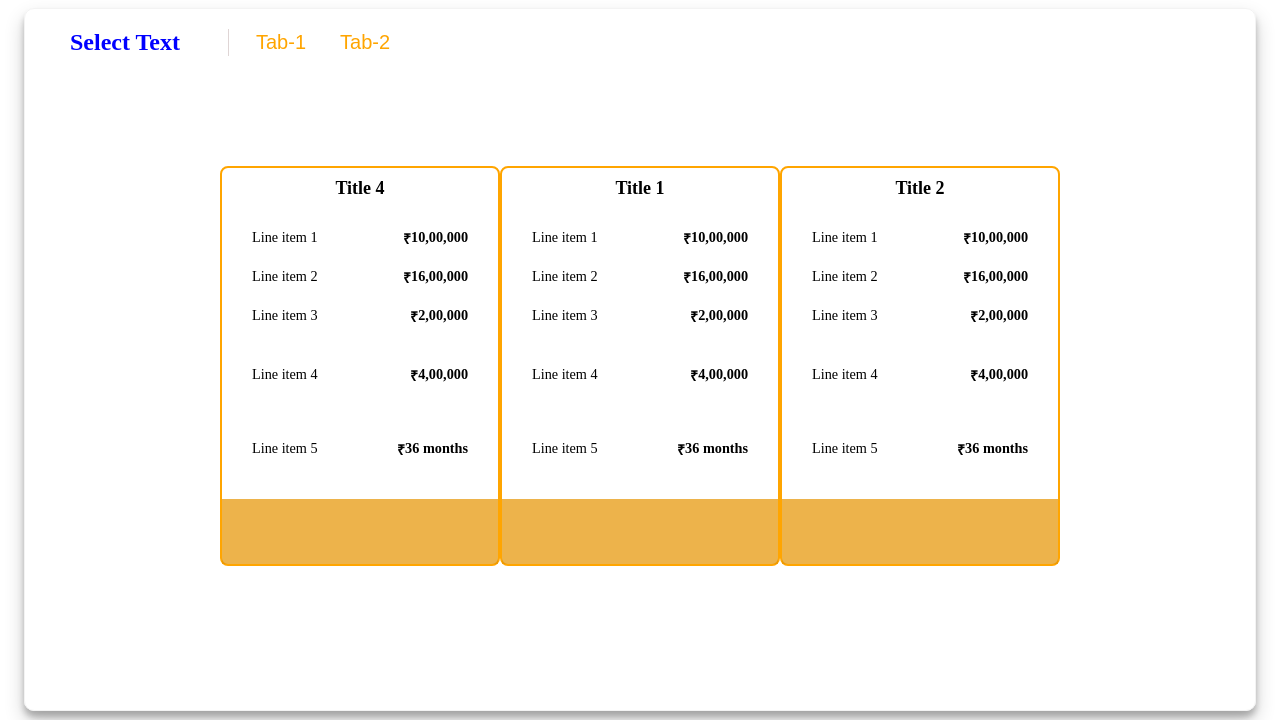
Repository: Adityanarayan-tiwari/Cardbox
Page: index.html
The author's editor kept a copy of each file at every save. The page is drawn from the files as they stood at one save, then again after a run of saves.
The browser window is 1280 px wide. The pictures show the whole page.

Above is the page before, as saved 2020-07-25 13:45:37.

### index.html
<!DOCTYPE html>
<html lang="en">
<head>
    <meta charset="UTF-8">
    <meta name="viewport" content="width=device-width, initial-scale=1.0">
    <title>CardBox</title>
    <link rel="stylesheet" href="./index.css">
</head>
<body>




    <!-- Page Wrapper -->
    <div class="page-wrapper">
        <div class="page-heading">
            <h2>Select Text</h2>
            <button class="prev">Tab-1</button>
            <button class="next">Tab-2</button>
        </div>

        <!-- Card Slider -->
        <div class="card-slider">

            <!--  Card Wrapper -->
                <div class="card-wrapper">
                    <div class="card">
                        <h3>Title 1</h3>
                    <div class="card-content">
                        <ul>
                            <li>Line item 1</li>
                            <li><span>&#8377</span>10,00,000</li>
                        </ul>
                        <ul>
                            <li>Line item 2</li>
                            <li><span>&#8377</span>16,00,000</li>
                        </ul>
                        <ul>
                            <li>Line item 3</li>
                            <li><span>&#8377</span>2,00,000</li>
                        </ul>
                        <ul>
                            <li>Line item 4</li>
                            <li><span>&#8377</span>4,00,000</li>
                        </ul>
                        <ul>
                            <li>Line item 5</li>
                            <li><span>&#8377</span>36 months</li>
                        </ul>
                    </div>
                    <div class="lower"></div>
                    </div>
                    <div class="card">
                        <h3>Title 2</h3>
                    <div class="card-content">
                        <ul>
                            <li>Line item 1</li>
                            <li><span>&#8377</span>10,00,000</li>
                        </ul>
                        <ul>
                            <li>Line item 2</li>
                            <li><span>&#8377</span>16,00,000</li>
                        </ul>
                        <ul>
                            <li>Line item 3</li>
                            <li><span>&#8377</span>2,00,000</li>
                        </ul>
                        <ul>
                            <li>Line item 4</li>
                            <li><span>&#8377</span>4,00,000</li>
                        </ul>
                        <ul>
                            <li>Line item 5</li>
                            <li><span>&#8377</span>36 months</li>
                        </ul>
                    </div>
                    <div class="lower"></div>
                    </div>
                    <div class="card">
                        <h3>Title 3</h3>
                    <div class="card-content">
                        <ul>
                            <li>Line item 1</li>
                            <li><span>&#8377</span>10,00,000</li>
                        </ul>
                        <ul>
                            <li>Line item 2</li>
                            <li><span>&#8377</span>16,00,000</li>
                        </ul>
                        <ul>
                            <li>Line item 3</li>
                            <li><span>&#8377</span>2,00,000</li>
                        </ul>
                        <ul>
                            <li>Line item 4</li>
                            <li><span>&#8377</span>4,00,000</li>
                        </ul>
                        <ul>
                            <li>Line item 5</li>
                            <li><span>&#8377</span>36 months</li>
                        </ul>
                    </div>
                    <div class="lower"></div>
                    </div>
                    <div class="card">
                        <h3>Title 4</h3>
                    <div class="card-content">
                        <ul>
                            <li>Line item 1</li>
                            <li><span>&#8377</span>10,00,000</li>
                        </ul>
                        <ul>
                            <li>Line item 2</li>
                            <li><span>&#8377</span>16,00,000</li>
                        </ul>
                        <ul>
                            <li>Line item 3</li>
                            <li><span>&#8377</span>2,00,000</li>
                        </ul>
                        <ul>
                            <li>Line item 4</li>
                            <li><span>&#8377</span>4,00,000</li>
                        </ul>
                        <ul>
                            <li>Line item 5</li>
                            <li><span>&#8377</span>36 months</li>
                        </ul>
                    </div>
                    <div class="lower"></div>
                    </div>
                </div>
            <!-- // Card Wrapper -->

        </div>
        <!-- // Card Slider -->

    </div>
    <!-- // Page Wrapper -->







    <!-- JQuery cdn Link -->
    <script src="https://code.jquery.com/jquery-3.5.1.slim.min.js"></script>

    <!-- Slick Carousel JS cdn Link -->
    <script type="text/javascript" src="https://cdn.jsdelivr.net/npm/slick-carousel@1.8.1/slick/slick.min.js"></script>

    <!-- Custom JavaScript -->
    <script src="./index.js"></script>
</body>
</html>

### index.css




.page-wrapper{
    max-width: 1200px;
    margin: 0 auto;
    padding: 0 15px;
    border: 1px solid #f3f3f3;
    box-shadow: 0 10px 20px rgba(0,0,0,0.19), 0 6px 6px rgba(0,0,0,0.23);
    border-radius: 10px;
}



.page-heading{
    display: flex;
}
.page-heading h2 {
    margin: 20px 30px;
    color: blue;
    padding-right: 4%;
    border-right: 1px solid rgb(223, 213, 213);
    margin-right: 10px;
}
.page-heading .next,.prev {
    margin: 10px;
    display: block;
    background: transparent;
    border: 1px solid transparent;
    color: orange;
    font-size: 20px;
    outline: none;
    cursor: pointer;
}
.page-heading .next:hover{
    text-decoration: underline;
}
.page-heading .prev:hover{
    text-decoration: underline;
}



.card-slider{
    margin: 2% auto 0% auto;
    /* background-color:yellowgreen; */
    /* border: 1px solid black;     */
}
.card-slider .card-wrapper{
    width: 70%;
    height: 550px;
    margin: 0 auto;
    overflow: hidden;
    /* background-color: bisque; */
    /* border:1px solid green; */
    padding: 3% 0 2% 0%;
}


.card-slider .card-wrapper .card{
    max-width: 300px;
    min-height: 400px;
    margin: 30px 0px 20px 0px;

    border: 2px solid orange;
    border-radius: 8px;
    background:white;
    outline: none;
    box-sizing:border-box;

    display: inline-block;
    position: relative;
}
.card:hover:after{
    position: absolute;
    content:'';
    bottom:-15px;
    width: 100%;
    height: 6px;
    border-radius: 40%;
    background:rgb(247, 243, 243);
}


.card h3{
    font-size: 18px;
    margin:0 auto;
    margin-top: 10px;
    margin-bottom:0px;
    text-align: center;
}


.card-content{
    padding: 20px 10px;
    padding-bottom: 60px;
}
.card-content ul{
    padding: 0;
    margin: 0;
    padding: 10px 0;
    display: flex;
    justify-content: space-between;
}
.card-content ul li{
    list-style: none;
    display: flex;
    padding: 0 20px;
    font-size: 0.89em;
}
.card-content ul li:nth-child(2){
    font-weight: bold;
}

.card-content ul:nth-child(4) {
    padding-top: 30px;
    padding-bottom: 35px;
}
.card-content ul:nth-child(5){
    padding-top: 20px;
    padding-bottom: 5px;
}
.lower {
    width: 100%;
    background: orange;
    height: 65px;
    box-sizing: border-box;
    position: absolute;
    bottom: 0;
    padding-top: 10px;
    opacity: .7;
    filter: brightness(90%);
}


    /* card hover  */

.card:hover {
    /* transform: scale(1.3); */
    transform:  translateX(0px) translateY(-32px) translateZ(0px) scale(1.2);
    transition: 1s ease-in-out;
    z-index: 1;
}

.card:hover h3{
    background: orange;
    border-radius: 20px;
    color: white;
    padding: 1% 3% 4% 3%;
    position: absolute;
    top: -3%;
    left: 50%;
    transform: translate(-50%,-50%);
    width: 150px;
}
.card:hover .middle {
    padding-top: 50px;
    padding-bottom: 60px;
}

.slick-slide + .slick-slide {
    pointer-events: none;
}
.slick-slide + .slick-current  {
    pointer-events: fill;
}



.card-wrapper .card:nth-child(1){
    order: 1;
    /* pointer-events: none; */
}
.card-wrapper .card:nth-child(2){
    order: 2;
}

### index.js
$(document).ready(function(){
    $('.card-wrapper').slick({

    slidesToShow: 3,
    slidesToScroll: 1,

    accessibility: true,
    adaptiveHeight: true,
    centerMode: true,
    centerPadding: '0px',

    nextArrow:$('.next'),
    prevArrow:$('.prev'),
    responsive: [
    {
        breakpoint: 1240,
        settings: {
            arrows: true,
            slidesToShow: 3
        }
        },
        {
        breakpoint: 768,
        settings: {
            arrows: false,
            slidesToShow: 3
        }
        },
        {
        breakpoint: 480,
        settings: {
            arrows: false,
            slidesToShow: 1
        }
        }
    ]

    });
    // $('.card-wrapper').on('afterChange', function(event, slick, currentSlide){
    //     $('.card').removeClass('active');
    //     $('.card').addClass('active');
    // });

    // $('.card-wrapper').on('beforeChange', function(event, slick, currentSlide){
    //     $('.card').removeClass('active');
    //     $('.card').addClass('active');
    // });
});

After the next 2 saves:
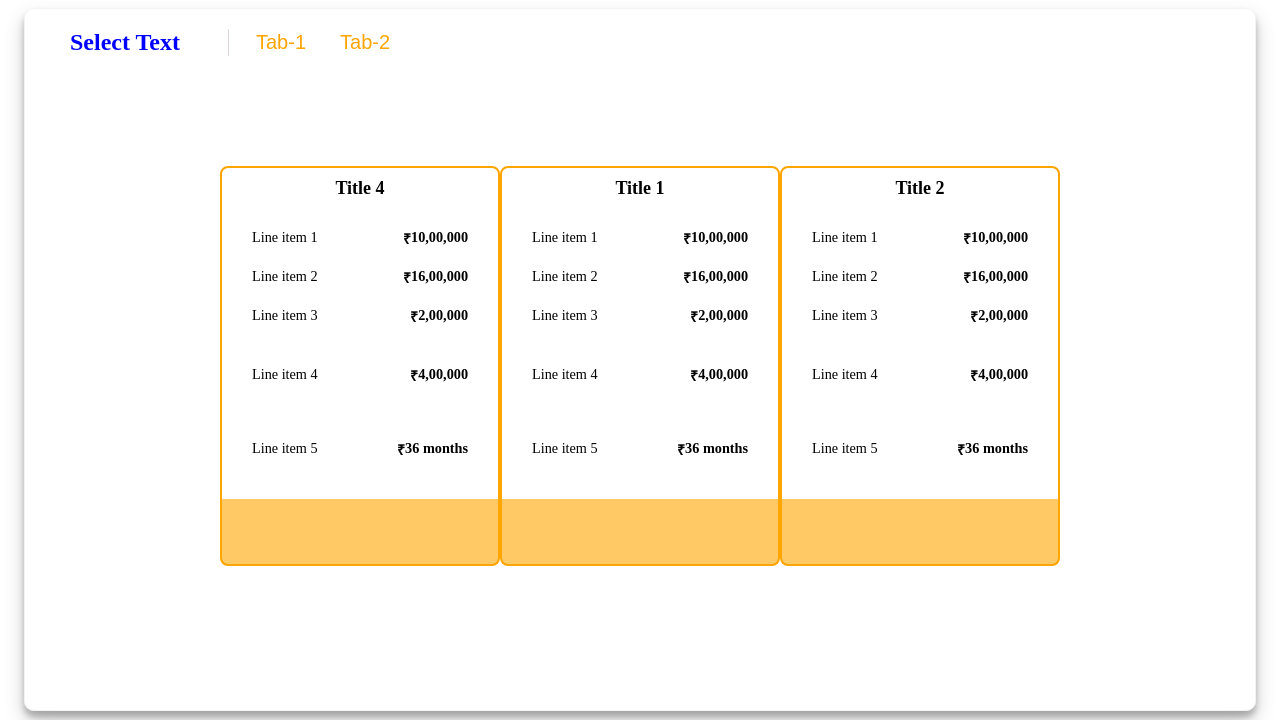
The 2 saves are shown as one change because they came seconds apart.
The last was saved 21 s later.
--- a/index.css
+++ b/index.css
@@ -129,8 +129,7 @@
     position: absolute;
     bottom: 0;
     padding-top: 10px;
-    opacity: .7;
-    filter: brightness(90%);
+    opacity: .6;
 }
 
 
